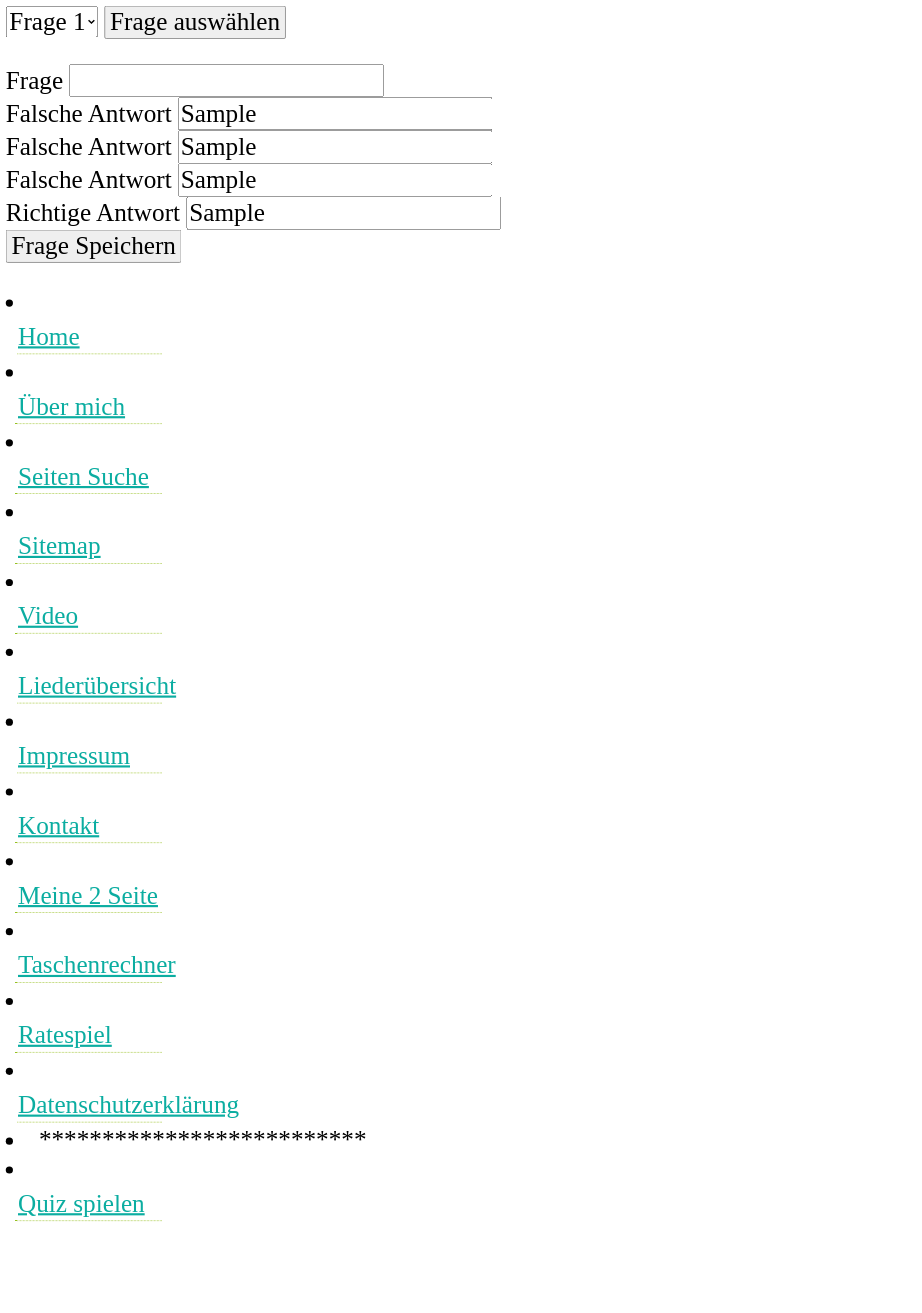
Repository: leomaroni/leomaroni.github.io
Page: quizeingeben.html
The author's editor kept a record of every edit. The page is drawn from the files as they stood at one moment, then again after the next edit.
The browser window is 1280 px wide. The pictures show the whole page, at 72% of full size.
Empty fields were first filled with sample values (such as "Sample", 5 or name@example.com).
After loading, the first visible `#auswahlfrage` was submitted once.
Some web fonts or font styles are not loaded; a fallback is used. Some web libraries are served in a nearby version.

Above is the page before.

### quizeingeben.html
<head>
        <script src="//code.jquery.com/jquery-1.10.2.js"></script>
        <script src="js/quizeingeben.js"></script>
        <meta charset="utf-8">
        <link rel="stylesheet" href="css/quiz.css">
        <link href='//fonts.googleapis.com/css?family=Jolly+Lodger' rel='stylesheet' type='text/css'>
</head>

<body>


    <form id="auswahlfrage">
        <select name="fragen" id="fragen">
            <option id="f1" value="frage1">Frage 1</option>
            <option id="f2" value="frage2">Frage 2</option>
            <option id="f3" value="frage3">Frage 3</option>
            <option id="f4" value="frage4">Frage 4</option>
        </select>
        <input type="submit" value="Frage ausw&auml;hlen"/>
    </form>


    <form id="neuefragen">
        <label for="frage">Frage</label>
        <input type="text" name="frage"/><br>
        <label for="f_antwort1">Falsche Antwort</label>
        <input type="text" name="f_antwort1"/><br>
        <label for="f_antwort2">Falsche Antwort</label>
        <input type="text" name="f_antwort2"/><br>
        <label for="f_antwort3">Falsche Antwort</label>
        <input type="text" name="f_antwort3"/><br>
        <label for="r_antwort">Richtige Antwort</label>
        <input type="text" name="r_antwort"/><br>
        <input type="submit" value="Frage Speichern"/>

    </form>
       <li><a href="index.html">Home</a></li>
                    <li><a href="uebermich.html">&Uuml;ber mich</a></li>
                    <li><a href="fresh.html">Seiten Suche</a></li>
                    <li><a href="sitemap.html">Sitemap</a></li>
                    <li><a href="video.html">Video</a></li>
                    <li><a href="lieder.html">Lieder&uuml;bersicht</a></li>
                    <li><a href="impressum.html">Impressum</a></li>
                    <li><a href="mailto:webmaster@drmaroni.de">Kontakt</a></li>
                    <li><a href="http://bit.ly/leo2site">Meine 2 Seite</a></li>
                    <li><a href="rechner.html">Taschenrechner</a></li>
                    <li><a href="ratespiel.html">Ratespiel</a></li>
                    <li><a href="daten.html">Datenschutzerkl&auml;rung</a></li>
                                        <li>**************************</li>
                    <li><a href="quiz.html">Quiz spielen</a></li>
   </body>

### js/quizeingeben.js
function shuffle(o){ //v1.0
    for(var j, x, i = o.length; i; j = Math.floor(Math.random() * i), x = o[--i], o[i] = o[j], o[j] = x);
    return o;
};

function fragenladen(frage) {
    $("#neuefragen [name=frage]").val(localStorage.getItem(frage + "_frage"))
    $("#neuefragen [name=frage]").val(localStorage.getItem(frage + "_frage"))
    $("#neuefragen [name=frage]").val(localStorage.getItem(frage + "_frage"))
    $("#neuefragen [name=frage]").val(localStorage.getItem(frage + "_frage"))
    $("#neuefragen [name=frage]").val(localStorage.getItem(frage + "_frage"))
}

$(function() {
    $("#auswahlfrage").submit(function (event) {
        var welcheFragen = $("#fragen").val();
        fragenladen(welcheFragen);

        event.preventDefault()
    })


    $("#neuefragen").submit(function (event) {
        var welcheFragen = $("#fragen").val();

        var frage= $("#neuefragen [name=frage]").val()
        var r_antwort= $("#neuefragen [name=r_antwort]").val()
        var f_antwort1= $("#neuefragen [name=f_antwort1]").val()
        var f_antwort2= $("#neuefragen [name=f_antwort2]").val()
        var f_antwort3= $("#neuefragen [name=f_antwort3]").val()

        localStorage.setItem(welcheFragen + "_frage", frage)
        /*localStorage.setItem("r_antwort", r_antwort)
        localStorage.setItem("f_antwort1", f_antwort1)
        localStorage.setItem("f_antwort2", f_antwort2)
        localStorage.setItem("f_antwort3", f_antwort3)
        */


        event.preventDefault()
    })

    fragenladen("frage1")

    /*
    $("#neuefragen [name=frage]").val(localStorage.getItem("frage"))
    $("#neuefragen [name=r_antwort]").val(localStorage.getItem("r_antwort"))
    $("#neuefragen [name=f_antwort1]").val(localStorage.getItem("f_antwort1"))
    $("#neuefragen [name=f_antwort2]").val(localStorage.getItem("f_antwort2"))
    $("#neuefragen [name=f_antwort3]").val(localStorage.getItem("f_antwort3"))
   */
})

### css/quiz.css
* {font-family: 'Jolly Lodger', cursive;}
* {font-size:35px;}








ul{
    float:left;
width: 230px;
background-color: blue
}

li a{
display:block;
width: 196px;
padding: 3px 4px;
margin:5px 13px;
color: #0bada1;
border-bottom: 1px dotted #96BF1F;
-moz-transition: background-color .5s ease-in;
-webkit-transition: background-color .5s ease-in;
-o-transition: background-color .5s ease-in;
transition: background-color .5s ease-in;
}

li a:hover {
        background-color: #aeb706;
        color: #de1812;
        -moz-transition: background-color 0.01s;
        -webkit-transition: background-color 0.01s;
        -o-transition: background-color 0.01s;
        transition: background-color 0.01s;
}

After the next edit:
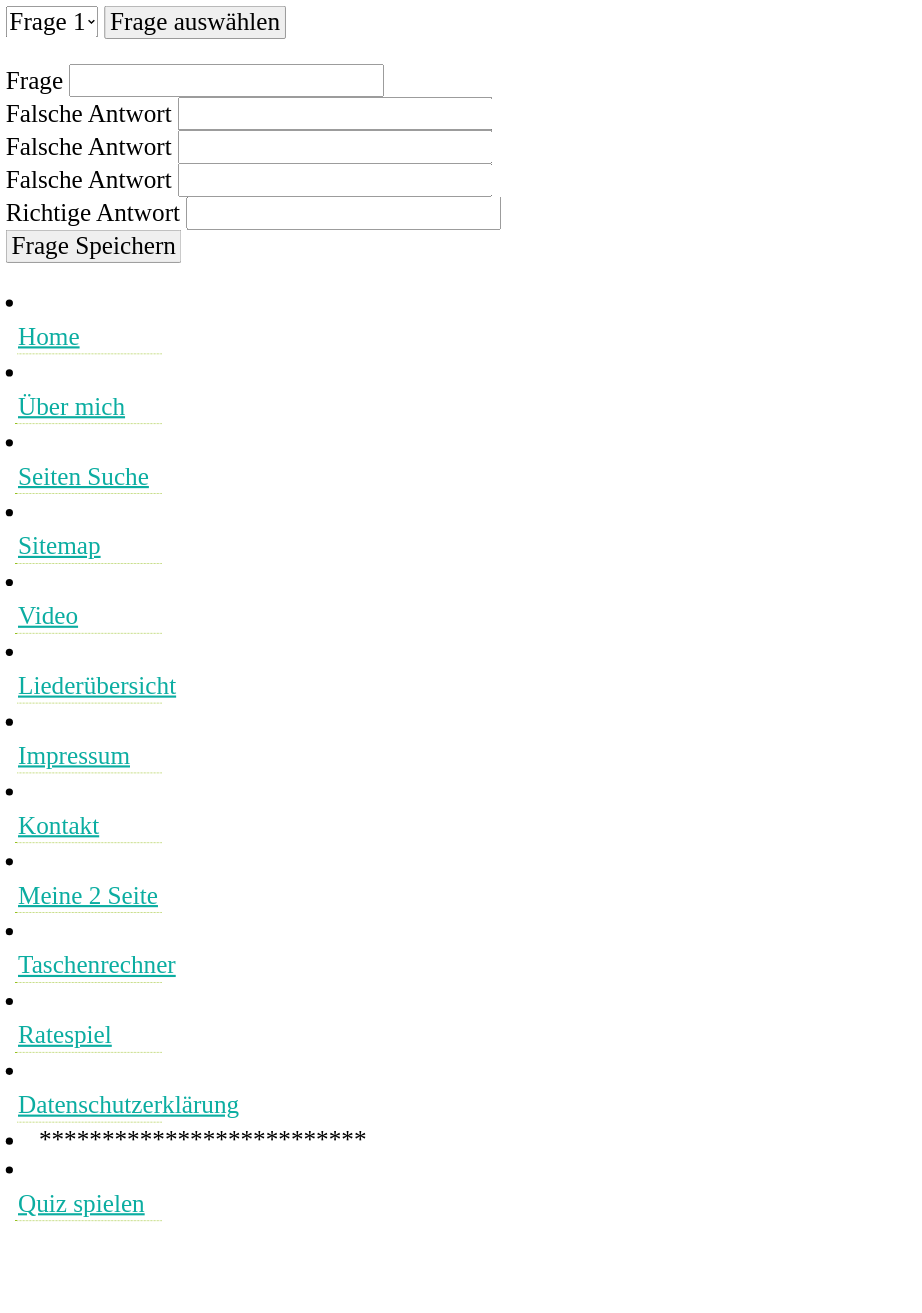
The edit:
--- a/js/quizeingeben.js
+++ b/js/quizeingeben.js
@@ -5,10 +5,10 @@
 
 function fragenladen(frage) {
     $("#neuefragen [name=frage]").val(localStorage.getItem(frage + "_frage"))
-    $("#neuefragen [name=frage]").val(localStorage.getItem(frage + "_frage"))
-    $("#neuefragen [name=frage]").val(localStorage.getItem(frage + "_frage"))
-    $("#neuefragen [name=frage]").val(localStorage.getItem(frage + "_frage"))
-    $("#neuefragen [name=frage]").val(localStorage.getItem(frage + "_frage"))
+    $("#neuefragen [name=r_antwort]").val(localStorage.getItem(frage + "_frage"))
+    $("#neuefragen [name=f_antwort1]").val(localStorage.getItem(frage + "_frage"))
+    $("#neuefragen [name=f_antwort2]").val(localStorage.getItem(frage + "_frage"))
+    $("#neuefragen [name=f_antwort3]").val(localStorage.getItem(frage + "_frage"))
 }
 
 $(function() {
